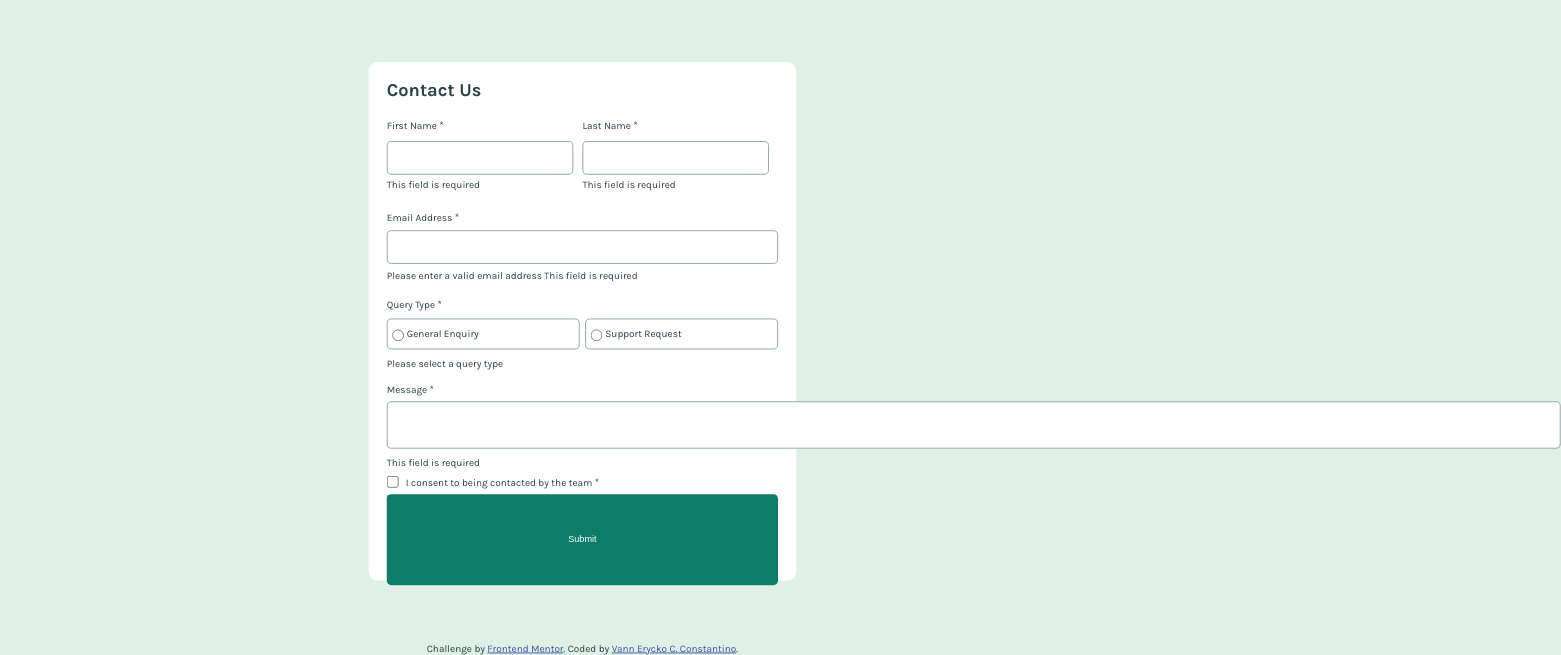
Repository: kocokoy/contact-form
Page: contact-form-main/index.html
These files come from the project's save history. The page is drawn as it stood at one moment and after a run of saves; the edit follows.
The browser window is 1280 px wide. The page is 1715 px wide, so the pictures cover 1715 px, including what lies to the right of the window. The pictures show the whole page, at 91% of full size.

Above is the page before, as saved 2024-10-24 16:11:35.

### contact-form-main/index.html
<!DOCTYPE html>
<html lang="en">
<head>
  <meta charset="UTF-8">
  <meta name="viewport" content="width=device-width, initial-scale=1.0"> <!-- displays site properly based on user's device -->

  <link rel="icon" type="image/png" sizes="32x32" href="./assets/images/favicon-32x32.png">
  <link rel="stylesheet" href="/contact-form-main/styles/style.css">
  <link rel="preconnect" href="https://fonts.googleapis.com">
  <link rel="preconnect" href="https://fonts.gstatic.com" crossorigin>
  <link href="https://fonts.googleapis.com/css2?family=Karla:ital,wght@0,200..800;1,200..800&family=Red+Hat+Text:ital,wght@0,300..700;1,300..700&display=swap" rel="stylesheet">
  <title>Frontend Mentor | Contact form</title>

  <!-- Feel free to remove these styles or customise in your own stylesheet 👍 -->
  <style>
    .attribution { font-size: 11px; text-align: center; }
    .attribution a { color: hsl(228, 45%, 44%); }
  </style>
</head>
<body>
  <div class="container">
    <div class="contact-form-card">
      <h1 class="contact-us-header">
        Contact Us
      </h1>
      <div class="name-section">
        <div class="first-name-section">
          <p>
            First Name
            <span>*</span>
          </p>
          <input type="text" name="" id="">
          <p>
            This field is required
          </p>
        </div>
        <div class="last-name-section">
          <p>
            Last Name
            <span>*</span>
          </p>
          <input type="text" name="" id="">
          <p>
            This field is required
          </p>
        </div>
      </div>
      <div class="email-section">
        <p>Email Address  <span>*</span></p>
        <input type="text">
        <p>Please enter a valid email address
          This field is required</p>
      </div>
      <div class="query-type-section">
        <p>Query Type  <span>*</span></p>
        <div class="radio-query-type-section">
          <div class="general-radio-query-type-section">
            <input type="radio">
            General Enquiry
          </div>
          <div class="support-radio-query-type-section">
            <input type="radio">
            Support Request
          </div>
        </div>
        <p>Please select a query type</p>
      </div>
      <div class="message-section">
        <p>Message  <span>*</span></p>
        <textarea name="message-section-text-area" id=""></textarea>
        <p>This field is required</p>
      </div>
      <div class="consent-section">
        <div>
          <input type="checkbox" id="custom-checkbox">
          <!-- <span class="custom-checkbox"></span> -->
          <label for="custom-checkbox">I consent to being contacted by the team  <span>*</span></label>
        </div>
        <p> To submit this form, please consent to being contacted</p>
      </div>
      <div class="submit-btn-section">
        <button>
          Submit
        </button>
      </div>
    </div>
  </div>




  <!-- Message Sent!
  Thanks for completing the form. We'll be in touch soon! -->

  <div class="attribution">
    Challenge by <a href="https://www.frontendmentor.io?ref=challenge">Frontend Mentor</a>.
    Coded by <a href="#">Vann Erycko C. Constantino</a>.
  </div>
</body>
</html>

### contact-form-main/styles/style.css
:root{
  /* Primary */
  --Green200: hsl(148, 38%, 91%);
  --Green600: hsl(169, 82%, 27%);
  --Red:hsl(0, 66%, 54%);

  --White: hsl(0, 0%, 100%);
  --Grey500: hsl(186, 15%, 59%);
  --Grey900: hsl(187, 24%, 22%);
}

body{
  padding: 0;
  margin: 0;
  background-color: var(--Green200);
  font-family: Karla;
  font-size: 11px;
  font-weight: 400;
  color: var(--Grey900);
}

span {
  font-size: 12px;
}

.container{
  display: flex;
  align-items: center;
  justify-content: center;
  height: 98vh;
}

.contact-form-card{
  display: flex;
  flex-direction: column;
  border: 1px var(--Grey500);
  background-color: var(--White);
  height: 530px;
  width: 430px;
  border-radius: 10px;
  padding: 20px;
}

.contact-us-header{
  padding: 0;
  margin: 0;
  font-weight: 700;
  font-size: 20px;
  color: var(--Grey900);
}

.name-section{
  display: flex;
  flex-direction: row;
  justify-content: space-between;
  padding-top: 15px;
}

.name-section p{
  margin: 5px 0;
  padding-bottom: 5px;
}

.name-section input{
 border: 1px solid var(--Grey500);
 border-radius: 5px;
 padding: 10px 13px;
 outline: none;
}

.first-name-section, .last-name-section{
  width: 100%;
}

.name-section input:focus{
  border-color: var(--Green600);
}

.name-section input:hover{
  cursor: pointer;
  border-color: var(--Green600);
  transition: 0.3s;
}

.email-section{
  padding-top: 5px;
  display: flex;
  flex-direction: column;
}

.email-section p{
  margin:0;
  padding: 7px 0;
}

.email-section input{
  padding: 10px 13px;
  border-radius: 5px;
  border: 1px solid var(--Grey500);
  outline: none;
}

.email-section input:focus{
  border-color: var(--Green600);
}


.email-section input:hover{
  cursor: pointer;
  border-color: var(--Green600);
  transition: 0.3s;
}

.query-type-section{
  padding-top: 1px;
  display: flex;
  flex-direction: column;
}

.query-type-section p{
  padding: 9px 0;
  margin: 0;
}

.query-type-section .radio-query-type-section{
  display: flex;
  flex-direction: row;
  justify-content: space-between;
}

.general-radio-query-type-section ,.support-radio-query-type-section{
  display: flex;
  flex-direction: row;
  align-items: center;
  height: 32px;
  border-radius: 5px;
  border: 1px solid var(--Grey500);
  width: 48.8%;
}

/* .consent-section input[type="checkbox"]:checked{
  background-color: hsl(169, 82%, 27%);
} */


.message-section{
  height: 120px;
}

.message-section p{
 padding: 0;
 margin: 0;
 padding: 6px 0;
}

.message-section textarea{
 width: 300%;
 height: 55%;
 border-radius: 5px;
 border: 1px solid var(--Grey500);
 font-size: 13px;
 resize: none; /* Disable resizing */
 box-sizing: border-box;
 outline: none;
}

.consent-section{
  display: flex;
  flex-direction: column;
  padding: 13px 0 13px 0;

}

.consent-section p{
  padding: 0;
  margin: 5px 0 0 0;
}

.consent-section input{
  margin: 0 8px 0 0;
}

.consent-section label{
  cursor: pointer;
}

.consent-section div{
  display: flex;
  flex-direction: row;
  justify-content: start;
  align-items: center;
  padding: 0;
}

.submit-btn-section{
  display: flex;
  justify-content: center;
  align-items: center;
  height: 50px;
}

.submit-btn-section button{
  width: 100%;
  height: 100px;
  border: 1px var(--Green600);
  color: var(--White);
  background-color: var(--Green600);
  border-radius: 5px;
  font-size: 10px;
  cursor: pointer;
  transition: 0.2s;
}

.submit-btn-section button:hover{
  background-color: var(--Grey900);

}

After the next 3 saves:
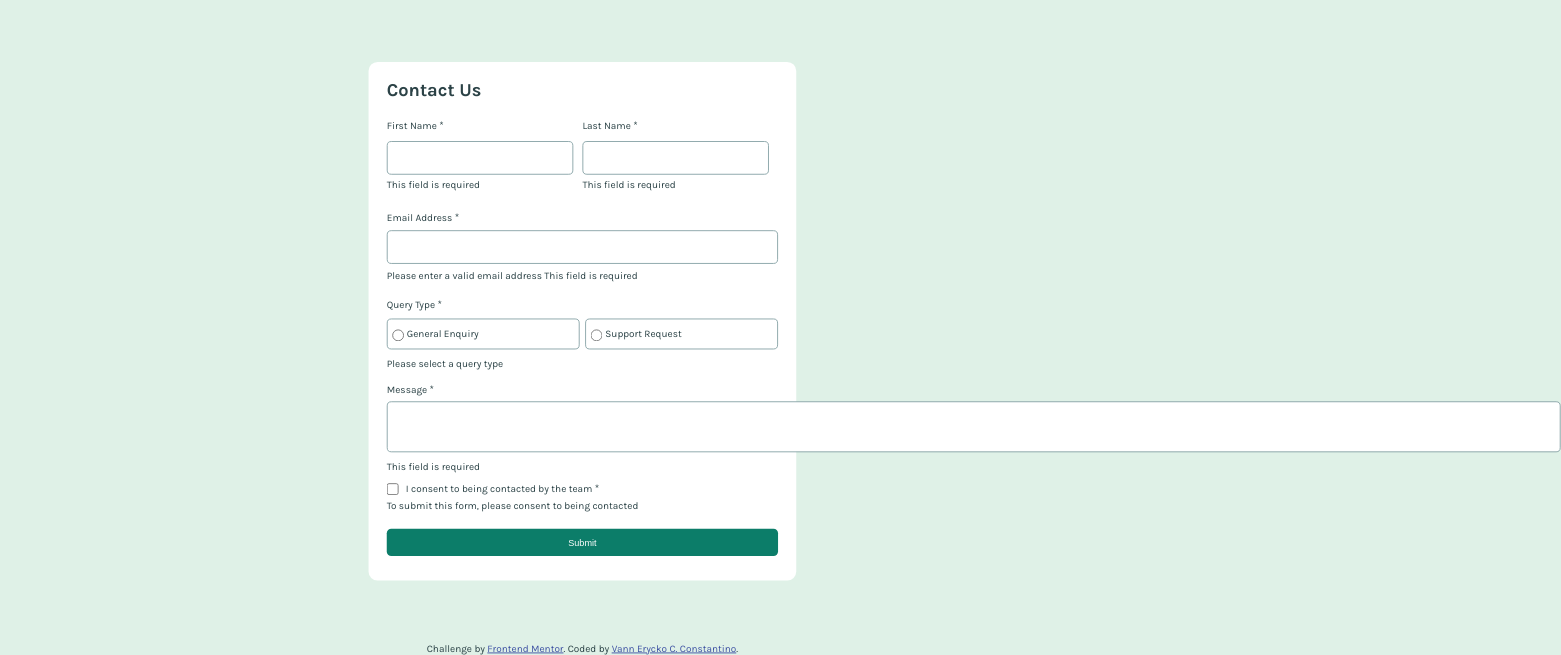
The 3 saves are shown as one change because they came seconds apart.
The last was saved 10 s later.
--- a/contact-form-main/styles/style.css
+++ b/contact-form-main/styles/style.css
@@ -201,7 +201,7 @@ span {
 
 .submit-btn-section button{
   width: 100%;
-  height: 100px;
+  height: 30px;
   border: 1px var(--Green600);
   color: var(--White);
   background-color: var(--Green600);
